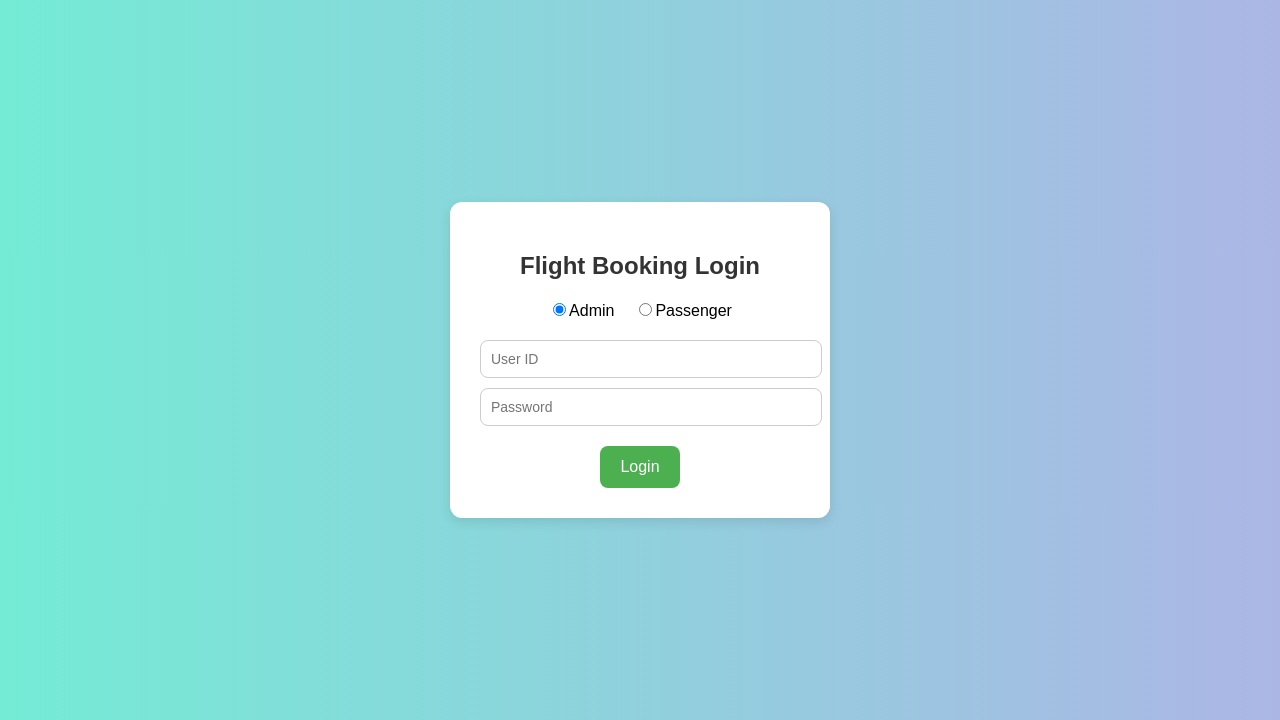
Repository: Shenes35/Booking-system
Page: / (app in frontend/)
The author's editor kept a copy of each file at every save. The page is drawn from the files as they stood at one save, then again after the next save.
The browser window is 1280 px wide. The pictures show the whole page.
The project was rebuilt for these pictures with package versions that can differ from the ones it lists, and the page was loaded fresh each time.

Above is the page before, as saved 2025-05-19 10:40:52.

After the next save:
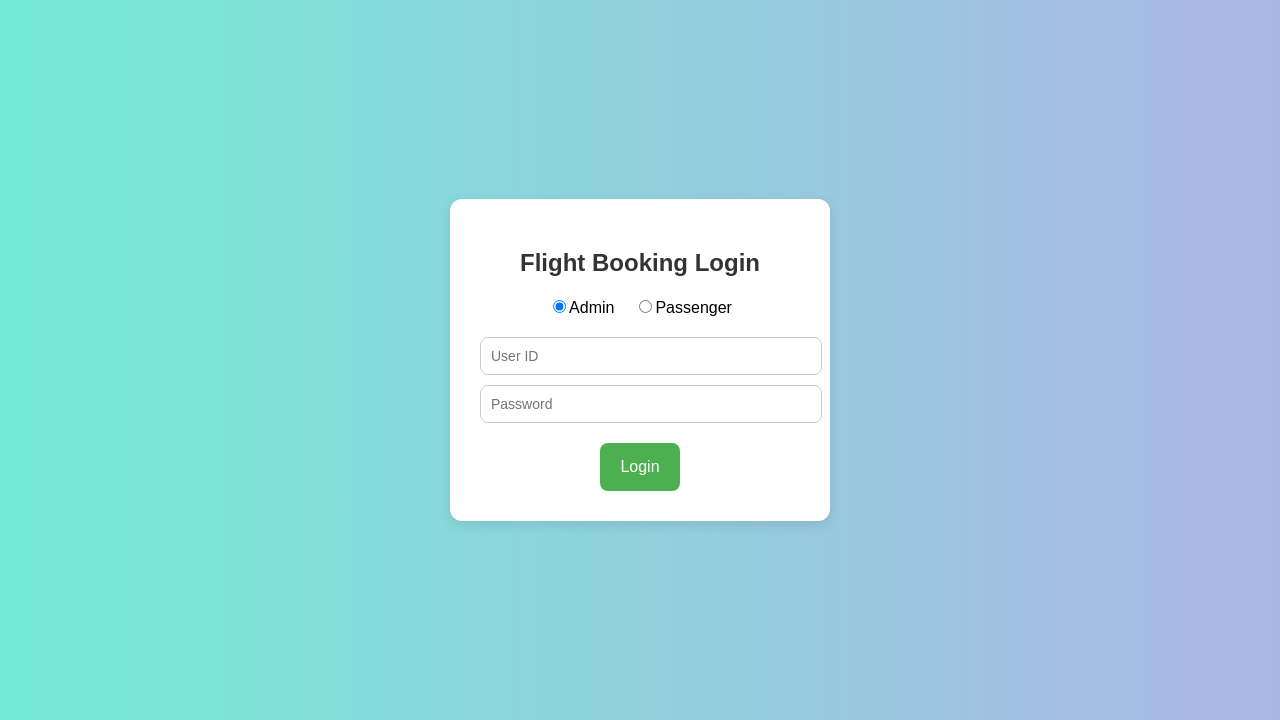
Saved 8 s later.
--- a/frontend/src/components/LoginPage.jsx
+++ b/frontend/src/components/LoginPage.jsx
@@ -91,7 +91,7 @@ const styles = {
   button: {
     backgroundColor: '#4CAF50',
     color: '#ffff',
-    padding: '12px 20px',
+    padding: '15px 20px',
     border: 'none',
     borderRadius: '8px',
     cursor: 'pointer',
